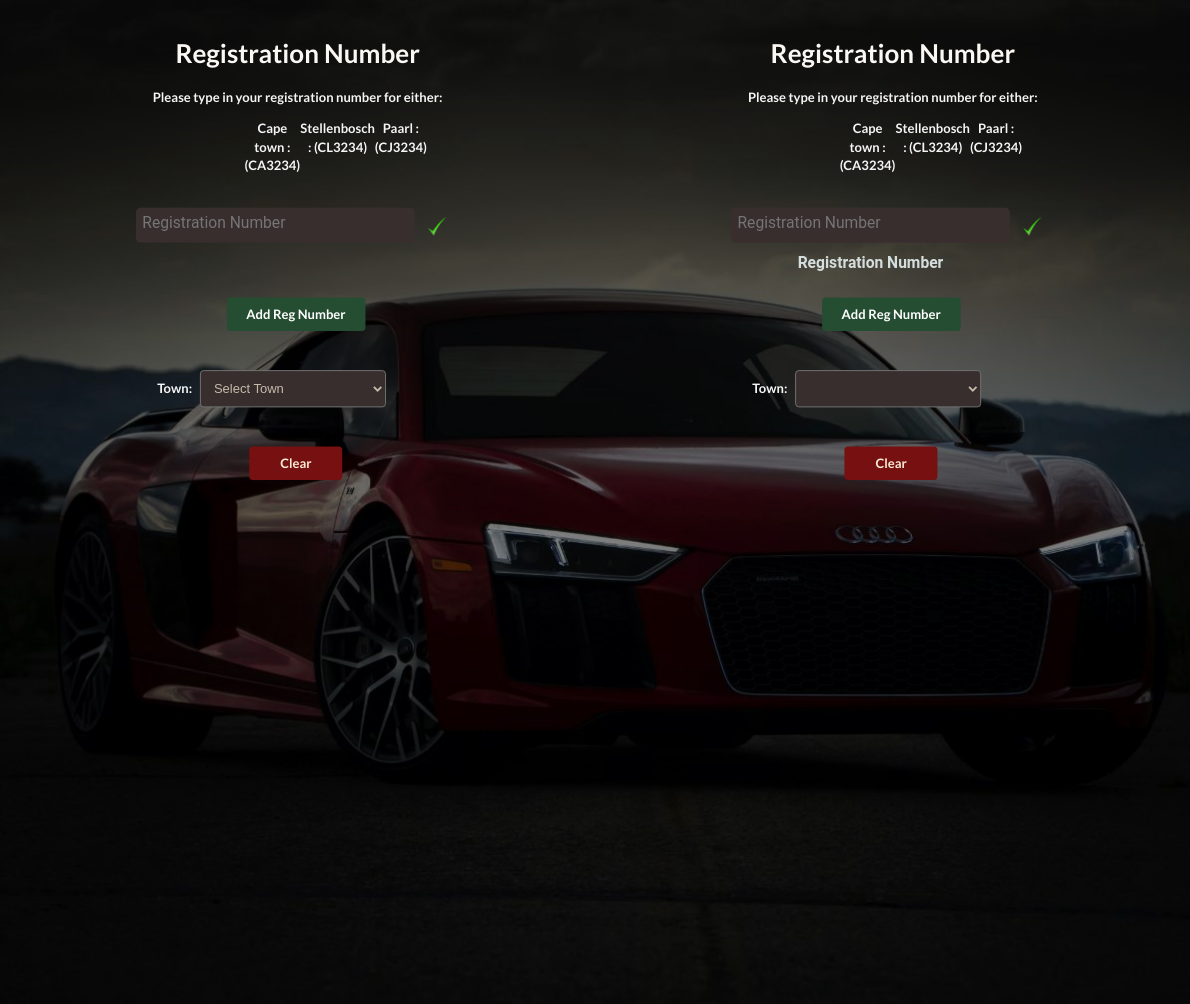
Repository: lasity34/Registration_number
Page: index.html
An editor plug-in stored every save of this project. The page is shown before and after the next save, followed by the edit.
The browser window is 1280 px wide. The pictures show the whole page, at 93% of full size.
Some web libraries are served in a nearby version.

Above is the page before, as saved 2023-05-08 12:10:39.
Console error: SyntaxError: Identifier 'regInstance' has already been declared

### index.html
<!DOCTYPE html>
<html lang="en">
  <head>
    <meta charset="UTF-8" />
    <meta http-equiv="X-UA-Compatible" content="IE=edge" />
    <meta name="viewport" content="width=device-width, initial-scale=1.0" />
    <title>Registration number</title>

    <link href="./semantic.css" rel="stylesheet" type="text/css" />
    <link href="./style.css" rel="stylesheet" type="text/css" />
    <link rel="preconnect" href="https://fonts.googleapis.com" />
    <link rel="preconnect" href="https://fonts.gstatic.com" crossorigin />

    <link
      href="https://fonts.googleapis.com/css2?family=Arvo:ital@0;1&display=swap"
      rel="stylesheet"
    />
    <script src="https://cdnjs.cloudflare.com/ajax/libs/handlebars.js/4.0.11/handlebars.min.js"></script>
    <script type="text/x-template" id="regTemplate">
      {{#each differentTowns}}
      <option class="town" value={{name}}>{{name}}</option>

      {{/each}}
    </script>
  </head>
  <body>
    <section class="original">
    <header>
      <h1>Registration Number</h1>
    </header>
    <div class="info">
      <h5>Please type in your registration number for either:</h5>
      <div class="info_town">
        <p>Cape town : (CA3234)</p>
        <p>Stellenbosch : (CL3234)</p>
        <p>Paarl : (CJ3234)</p>
      </div>
    </div>

    <section class="input_section">
      <div class="form__group">
        <input
          type="text"
          class="form__input"
          id="reg_num"
          placeholder="Registration Number"
        />
        <label for="reg_num" class="form__label">Registration Number</label>
      </div>

      <div class="validCheck">
        <div class="valid"></div>
        <p id="error"></p>
      </div>
    </section>
    <section class="btn_container">
      <button class="ui button add_btn">Add Reg Number</button>
    </section>

    <div class="message">
      <div class="added_item"></div>
    </div>
    <section class="select_town">
      <label for="dropdown">Town:</label>
      <select id="dropdown" name="dropdown">
        <option value="Select Town" class="town">Select Town</option>
        <option value="Cape Town" class="town">Cape Town</option>
        <option value="Stellenbosch" class="town">Stellenbosch</option>
        <option value="Paarl" class="town">Paarl</option>
      </select>
      <div class="space_select"></div>
    </section>
    <section class="btn_container clear">
      <button class="ui button clear_btn">Clear</button>
    </section>
    <section id="reg_display_container">
      <ul class="reg_display"></ul>
      <div class="error_image"></div>

      <p class="filter_message"></p>
    </section>

    <script src="./registration_factory.js"></script>
    <script src="./registration.js"></script>
    <script></script>
  </section>

  <!-- template -->
  <section class="template">
    <header>
      <h1>Registration Number</h1>
    </header>
    <div class="info">
      <h5>Please type in your registration number for either:</h5>
      <div class="info_town">
        <p>Cape town : (CA3234)</p>
        <p>Stellenbosch : (CL3234)</p>
        <p>Paarl : (CJ3234)</p>
      </div>
    </div>

    <section class="input_section">
      <div class="form__group">
        <input
          type="text"
          class="form__input_temp"
          id="reg_num"
          placeholder="Registration Number"
        />
        <label for="reg_num" class="form__label">Registration Number</label>
      </div>

      <div class="validCheck">
        <div class="valid_temp"></div>
        <p id="error_temp"></p>
      </div>
    </section>
    <section class="btn_container">
      <button class="ui button add_btn_temp">Add Reg Number</button>
    </section>

    <div class="message">
      <div class="added_item_temp"></div>
    </div>
    <section class="select_town">
      <label for="dropdown">Town:</label>
      <select id="dropdown_temp" name="dropdown">

      </select>
      <div class="space_select"></div>
    </section>
    <section class="btn_container clear">
      <button class="ui button clear_btn_temp">Clear</button>
    </section>
    <section id="reg_display_container">
      <ul class="reg_display_temp"></ul>
      <div class="error_image_temp"></div>

      <p class="filter_message_temp"></p>
    </section>

    <script src="./registration_factory.js"></script>
    <script src="./registrationTemplate.js"></script>
    <script></script>
  </section>
  </body>
</html>

<!-- !locationArr.some((reg) => reg.reg === regInput) -->

### style.css
html {
  background: url(./images/car_background.jpg) center / cover no-repeat;
  background-color: rgba(0, 0, 0, 0.1);
  height: 150vh;
  font-family: "Arvo", serif;
  font-weight: 700;
  color: #fff;
}

body {
  display: flex;
  justify-content: space-around;
}

header {
  display: flex;
  justify-content: center;
  text-align: center;
  color: rgb(251, 248, 244);
  font-size: 1.4rem;
  margin-top: 2em;
}

.info {
  display: flex;
  flex-direction: column;
  align-items: center;
  margin: 1.5em auto;
  text-align: center;
}

.info_town {
  display: flex;
  justify-content: space-around;
  width: 30%;
}
/* input */
.input_section {
  display: flex;
  justify-content: center;
  align-content: center;
  margin-bottom: 2em;
}

.form__label {
  font-family: "Roboto", sans-serif;
  font-size: 1.2rem;
  text-align: center;
  margin-top: 0.7em;
  display: block;
  transition: all 0.3s;
  transform: translateY(0rem);
  color: rgb(213, 222, 222);
}

.form__input, .form__input_temp {
  font-family: "Roboto", sans-serif;
  color: #baa3a3;
  font-size: 1.2rem;
  margin: 0 auto;
  padding: 0.5rem;
  border-radius: 0.4rem;
  background-color: rgb(56, 46, 46);
  border: none;
  width: 20%;
  min-width: 300px;
  display: block;
  border-bottom: 0.3rem solid transparent;
  transition: all 0.3s;
}

.form__input:placeholder-shown + .form__label {
  opacity: 0;
  visibility: hidden;
  -webkit-transform: translateY(-4rem);
  transform: translateY(-4rem);
  color: aliceblue;
}

/* message */
.message {
  display: flex;
  justify-content: center;
}

.added_item, .added_item_temp {
  margin: 0 auto;
}

.message_container {
  position: relative;
  padding: 10px;
  width: 20%;
  margin: 30px 10px;
  box-shadow: 0 2px 5px rgba(0, 0, 0, 0.3);
  background: #124e23;
  color: #fff;
  text-align: center;
  -webkit-transition: all 0.5s ease;
  -moz-transition: all 0.5s ease;
  -ms-transition: all 0.5s ease;
  -o-transition: all 0.5s ease;
  transition: all 0.5s ease;
}
.message_container:hover {
  box-shadow: 0 15px 20px rgba(10, 0, 10, 0.3);
  -webkit-filter: brightness(110%);
}

.message_container.message {
  background: rgb(35, 185, 29);
}

/*  button */

.btn_container {
  display: flex;
  justify-content: center;
  margin-bottom: 3em;
}

.add_btn, .add_btn_temp {
  background-color: #244d31;
  color: #fff;
}

.add_btn:hover, .add_btn_temp:hover {
  background-color: #226a31;
}

.clear {
  margin-bottom: 1em;
}

.clear_btn, .clear_btn_temp {
  width: 100px;
  background-color: rgb(119, 16, 16);
  color: antiquewhite;
}

.clear_btn:hover, .clear_btn_temp:hover {
  background-color: rgb(174, 35, 35);
}

/* valid checker */
.validCheck {
  display: flex;

  height: 40px;
}

.valid,  .valid_temp{
  background-image: url("./images/green-tick\(2\).png");
  background-position: right center;
  background-repeat: no-repeat;
  width: 20px;
  margin-left: 1em;
}

.invalid {
  background-image: url("./images/close\(1\)\(1\).png");
  background-position: right center;
  background-repeat: no-repeat;
}

#error,  #error_temp{
  margin-left: 1em;
  align-self: center;
}

/* licence plate */

#reg_display_container {
  display: flex;
  justify-content: center;
  align-items: center;

  flex-direction: column;
  text-align: center;
  list-style: none;
}

ul {
  display: flex;
  justify-content: center;
  flex-wrap: wrap;
  width: 50%;
}

li {
  list-style: none;
  font-size: 2rem;
  font-weight: bold;
  align-self: center;
  width: 30%;
  min-width: 150px;
  margin-right: 0.5em;
  margin-top: 0.5em;
  background-color: rgb(244, 244, 233);
  border: 3px solid black;
  border-radius: 10px;
  color: black;
  letter-spacing: 4px;
  padding: 0.6em 0;
}

@media only screen and (max-width: 968px) {
  body {
    flex-direction: column;
  }

  .input_section {
    flex-direction: column;
    margin-bottom: 1em;
  }

  .form__input {
    width: 40%;
    min-width: 190px;
  }

  .btn-12 {
    margin-left: 35%;
  }

  .clear_btn {
    margin-left: 40%;
  }

  .validCheck {
    margin-top: 1em;
    align-self: center;
  }

  .info_town {
    flex-direction: column;
  }
}

@media only screen and (max-width: 468px) {



  .btn-12 {
    margin-left: 22%;
  }

  .clear_btn {
    margin-left: 30%;
  }

  li {
    margin-right: 50px;
  }
}

.select_town {
  display: flex;
  justify-content: center;
  margin-right: 4em;
  margin-bottom: 3em;
}

.select_town label {
  align-self: center;
  margin-right: 0.6em;
}

select {
  color: rgba(250, 235, 215, 0.742);
  padding: 10px;
  font-size: 1rem;

  border-radius: 4px;
  background-color: rgb(56, 46, 46);
  width: 200px;
}

option {
  margin: 1em 0;
  display: block;
}

.error_image {
  font-size: 1.4rem;
}

### registration_factory.js
function registrationNumber() {
  let regInput = "";
  let errorMessage = "";
  let addedMessage = "";
  let locationVal = "";
  const regexNumLet = /^[a-zA-Z0-9]*$/;
  const firstTwoLetterCheck = /^[a-zA-Z]{2,3}[a-zA-Z0-9]?[0-9]*(-[0-9]*)?$/;

  let locationArr = [];
  let filteredArr = [];

  //  input will make all letters uppercase
  //  remove all whitespace inbetween and around

  function setValueInput(input) {
    regInput = input
      .replace(/[a-zA-Z]/g, (letter) => letter.toUpperCase())
      .replace(/\s+/g, "")
      .trim();
  }

  //  gets location value
  function setLocationValue(location) {
    locationVal = location;
  }

  //  local storage saved
  function setSavedArr(registrationArray) {
    locationArr = registrationArray;
  }

  // filters locations and sets string names

  function getLocationFromPrefix(prefix) {
    const locations = {
      CL: "Stellenbosch",
      CA: "Cape Town",
      CJ: "Paarl",
    };

    return locations[prefix];
  }

  // Creates new object

  function addRegistrationNumber() {

    const location = getLocationFromPrefix(regInput.substring(0, 2));
    if (location && !locationArr.some((reg) => reg.reg === regInput)) {
      locationArr.push({
        reg: regInput,
        count: 0,
        regLocation: regInput.substring(0, 2),
        location: location,
      });
      addedMessage = `Licence plate has been added to ${location}`;
      return true;
    }
    return false;
  }

  // tests for error messagese

  function testValueInput() {
    if (regInput.length < 5) {
      errorMessage = "Too short";
    } else if (!firstTwoLetterCheck.test(regInput)) {
      errorMessage = "only First 2 must be letters";
    } else if (
      !["CJ","CL", "CA"].includes(regInput.substring(0, 2))
    ) {
      errorMessage = "Has to start with CA, CJ or CL";
    } else if (regInput.length >= 10) {
      errorMessage = "Too long";
    } else if (locationArr.some((reg) => reg.reg === regInput)) {
      errorMessage = "Already used";
    } else {
      errorMessage = "";
    }
  }

  // this will filter towns in their groups

  function filterReg() {

    if (locationVal === "Select Town") {
      filteredArr = locationArr.map((reg) => reg.reg);
    } else {
      filteredArr = locationArr
        .filter((reg) => reg.location === locationVal)
        .map((reg) => reg.reg);
    }
    console.log('filteredArr:', filteredArr);
  }

  //  this is a filter for just the town groups

  function filteredMessage() {
    let filterMessage = "";
    if (filteredArr.length === 0 && locationVal === "Select Town") {
       filterMessage = `The are no reg numbers for any town`;
    } else if (filteredArr.length === 0) {
       filterMessage = `The are no reg numbers for ${locationVal}`;
    }
    return filterMessage

  }

  // this will get the value of the groups

  function getValueInput() {
    if (regInput.length >= 5 &&
        regInput.length < 10 &&
        !locationArr.some((reg) => reg.reg === regInput) &&
        ["CJ","CL","CA"].includes(regInput.substring(0, 2)) && firstTwoLetterCheck.test(regInput)
    ) {
      return regInput;
    } else {
      return undefined;
    }
  }

  function getArr() {
    return locationArr;
  }

  function getFilteredArr() {
    return filteredArr;
  }

  function getErrorMessage() {
    return errorMessage;
  }


  function getMessage() {
    return addedMessage;
  }

  return {
    setValueInput,
    setLocationValue,
    getValueInput,
    testValueInput,
    getErrorMessage,
    addRegistrationNumber,
    getMessage,
    filterReg,
    getArr,
    getFilteredArr,
    setSavedArr,
    filteredMessage,
  };
}

### registration.js
const addRegNumBtn = document.querySelector(".add_btn");
const clearBtn = document.querySelector(".clear_btn");
const regInput = document.querySelector(".form__input");
const regDisplay = document.querySelector(".reg_display");
const errorMessage = document.querySelector("#error");
const validator = document.querySelector(".valid");
const townList = document.querySelector("#dropdown");
const town = document.querySelector(".town");
const messageDisplay = document.querySelector(".added_item");
const filterMessageDisplay = document.querySelector(".filter_message");
const errorImage = document.querySelector(".error_image");


//  Instance
const regInstance = registrationNumber();

displayRegNumbersOnRefresh()

// main functions
function displayRegNumbersOnRefresh() {
  let registrationNumbersArray = JSON.parse(localStorage.getItem("regNum")) || [];
  regInstance.setSavedArr(registrationNumbersArray);
  regInstance.setLocationValue(townList.value);

  if (Array.isArray(registrationNumbersArray)) {
    registrationNumbersArray.forEach((reg) => {
      appendRegToNumberList(reg.reg);
    });
  }
}

function appendRegToNumberList(regNumber) {
  const newLi = document.createElement("li");
  newLi.textContent = regNumber;
  regDisplay.appendChild(newLi);
}

function registrationNumAdd() {
  resetErrorMessages();
  const regValue = regInput.value.trim();
  regInstance.setValueInput(regValue);
  const reg = regInstance.getValueInput();


    if (reg && regInstance.addRegistrationNumber()) {
      const storedRegArr = regInstance.getArr();
      localStorage.setItem("regNum", JSON.stringify(storedRegArr));
      regInstance.filterReg();
      regDisplay.innerHTML = "";

      const newRegArr = regInstance.getFilteredArr() || [];
      newRegArr.forEach((reg) => {
        appendRegToNumberList(reg);
      });

      displayAddedMessage();
    }

  regInput.value = "";
}


// helper functions
function resetErrorMessages() {
  errorImage.innerHTML = "";
  filterMessageDisplay.innerHTML = "";
}

function displayAddedMessage() {
  messageDisplay.classList.add("message_container");
  messageDisplay.innerHTML = regInstance.getMessage();
  function timeout() {
    messageDisplay.classList.remove("message_container");
    messageDisplay.innerHTML = "";
  }
  setTimeout(timeout, 2000);
}

function inputValid() {
  const regValue = regInput.value;
  regInstance.setValueInput(regValue);
  regInstance.testValueInput();

  if (regInstance.getErrorMessage()) {
    errorMessage.innerHTML = regInstance.getErrorMessage();
    validator.classList.add("invalid");
  } else {
    validator.classList.remove("invalid");
    errorMessage.innerHTML = "";
  }
}

function clear() {
  const userConfirm = confirm("Are you sure you want to clear all data?");

  if (userConfirm) {
    localStorage.clear();
    errorMessage.innerHTML = "";
    regDisplay.innerHTML = "";
    regInput.value = "";
    townList.value = "Select Town";
    localStorage.setItem("regNum", JSON.stringify([]));
    regInstance.setSavedArr([]);
    resetErrorMessages();
  }
}

//  filters towns from the drop box
function selectTown() {
  regInstance.setLocationValue(townList.value);
  regInstance.filterReg();
  const filteredArr = regInstance.getFilteredArr();
  const filterMessage = regInstance.filteredMessage();
  filterMessageDisplay.innerHTML = filterMessage;
  displayFilteredArray(filteredArr);

  if (filteredArr.length === 0) {
    errorImage.innerHTML = '<img src="./images/not_found.svg" width="200"/>';
  } else {
    errorImage.innerHTML = "";
  }
}

function displayFilteredArray(filteredArr) {
  regDisplay.innerHTML = "";
  if (filteredArr) {
    filteredArr.forEach((reg) => {
      appendRegToNumberList(reg);
    });
  } else {
    regDisplay.innerHTML = "";
  }
}


townList.addEventListener("change", selectTown);
clearBtn.addEventListener("click", clear);
addRegNumBtn.addEventListener("click", registrationNumAdd);
regInput.addEventListener("input", inputValid);

Loaded but not shown: semantic.css (library); registrationTemplate.js (162 lines, source omitted)

After the next save:
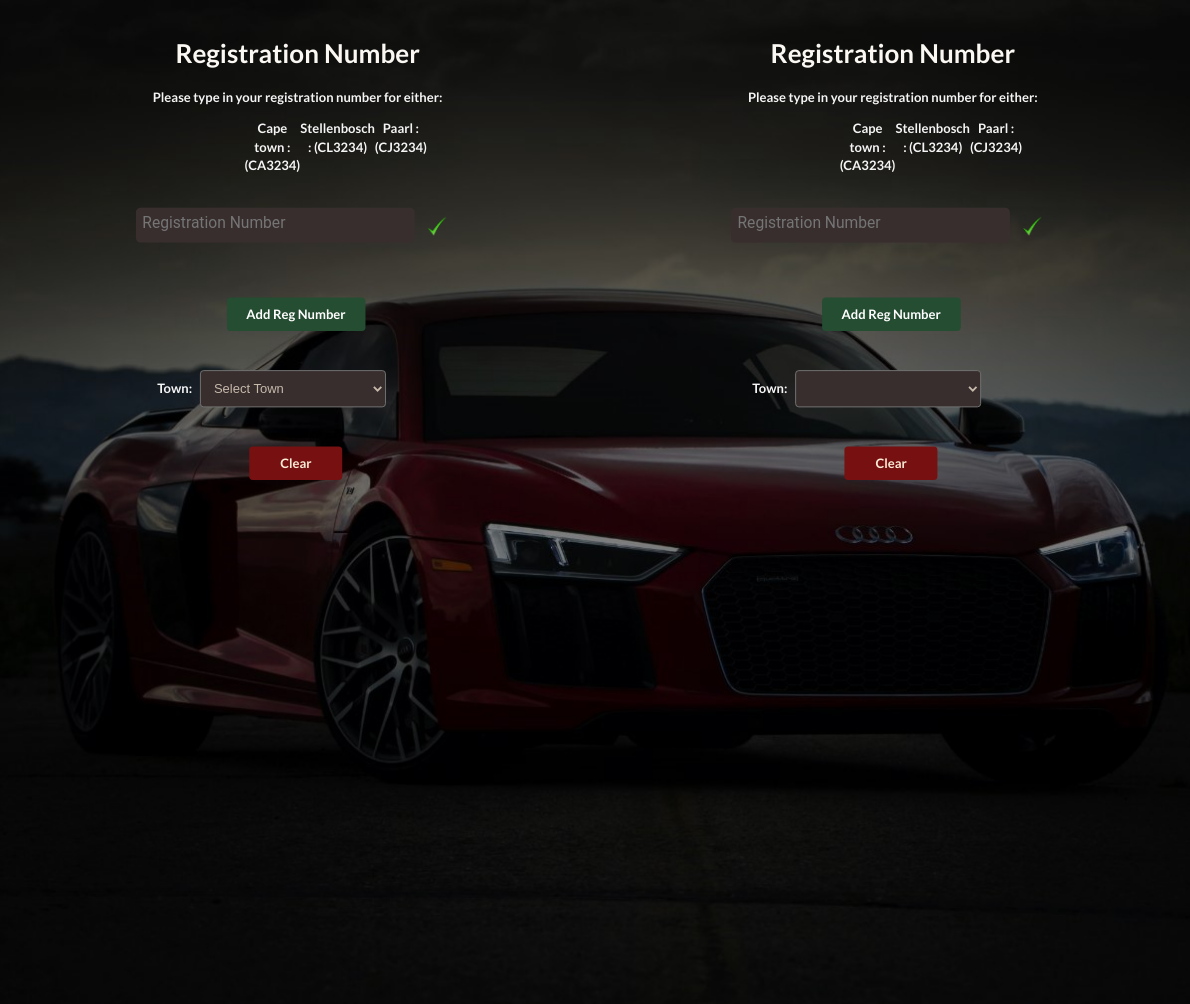
Saved 90 s later.
--- a/style.css
+++ b/style.css
@@ -42,7 +42,7 @@
   margin-bottom: 2em;
 }
 
-.form__label {
+.form__label, .form__label_temp {
   font-family: "Roboto", sans-serif;
   font-size: 1.2rem;
   text-align: center;
@@ -69,7 +69,7 @@
   transition: all 0.3s;
 }
 
-.form__input:placeholder-shown + .form__label {
+.form__input:placeholder-shown + .form__label, .form__input_temp:placeholder-shown + .form__label {
   opacity: 0;
   visibility: hidden;
   -webkit-transform: translateY(-4rem);

After the save that followed:
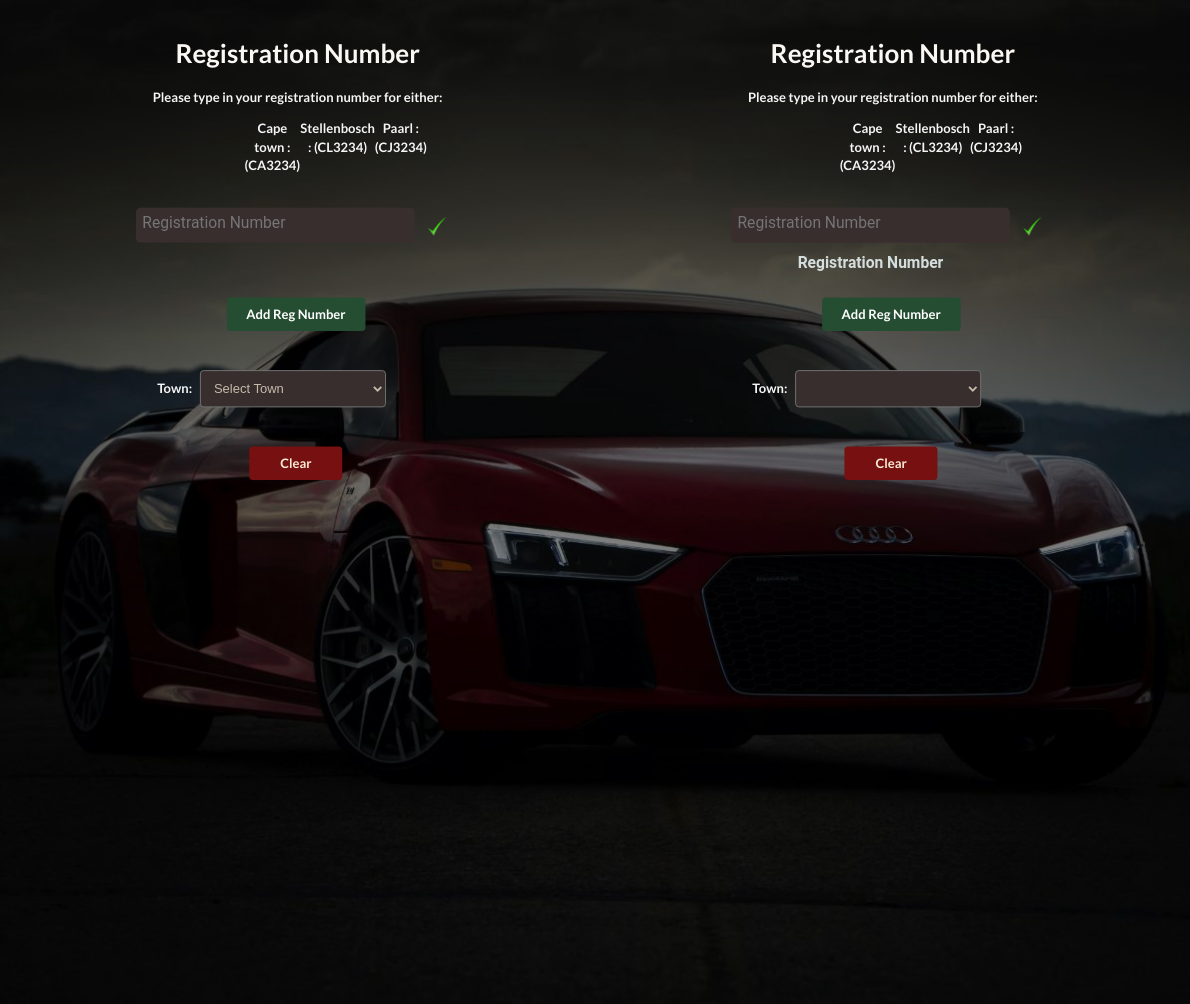
Saved 9 s later.
--- a/index.html
+++ b/index.html
@@ -107,7 +107,7 @@
           id="reg_num"
           placeholder="Registration Number"
         />
-        <label for="reg_num" class="form__label">Registration Number</label>
+        <label for="reg_num" class="form__label_temp">Registration Number</label>
       </div>
 
       <div class="validCheck">
